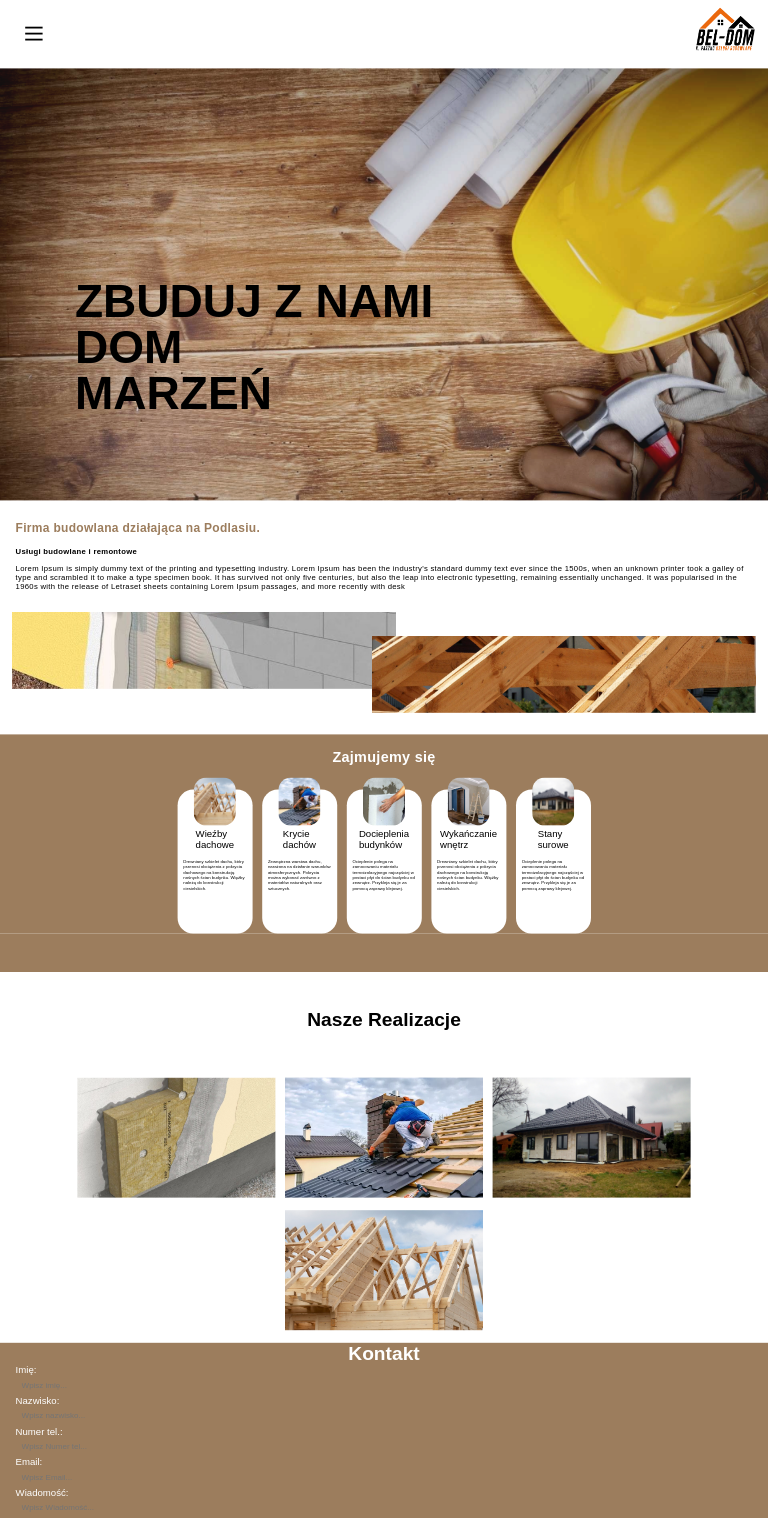
Repository: JakubPaszko2001/bel
Page: index.html
These files come from the project's save history. The page is drawn as it stood at one moment and after a run of saves; the edit follows.
The browser window is 1280 px wide. The pictures show the whole page, at 60% of full size.
Some web fonts or font styles are not loaded; a fallback is used.

Above is the page before, as saved 2022-03-05 17:09:02.

### index.html
<!DOCTYPE html>
<html lang="pl-PL">
<head>
    <meta charset="UTF-8">
    <meta http-equiv="X-UA-Compatible" content="IE=edge">
    <meta name="viewport" content="width=device-width, initial-scale=1.0">
    <title>BEL-DOM</title>
    <link rel="preconnect" href="https://fonts.googleapis.com">
    <link rel="preconnect" href="https://fonts.gstatic.com" crossorigin>
    <link href="https://fonts.googleapis.com/css2?family=Prompt:wght@300;400;700&display=swap" rel="stylesheet">
    <link rel="stylesheet" href="style.css">
    <link rel="stylesheet" href="lightbox.min.css">
    <script src="./js/lightbox-plus-jquery.min.js"></script>
</head>
<body>
<!-- HEADER -->
<header>
    <div class="container">
        <!-- SPAN -->
        <button class="hamburger">
            <span class="hamburger--menu">
                <span class="hamburger__inner"></span>
            </span>
        </button>
        <!-- LOGO -->
        <div class="header__logo">
            <img class="logo__pic" src="./images/logo.png" alt="logo">
        </div>
    </div>
</header>
<!-- MAIN -->
<main>
    <!-- NAV -->
    <div class="navigation">
        <ul class="navigation--list">
            <li class="navigation__item"><a href="#">jeden</a></li>
            <li class="navigation__item"><a href="#">dwa</a></li>
            <li class="navigation__item"><a href="#">trzy</a></li>
            <li class="navigation__item"><a href="#">cztery</a></li>
        </ul>
    </div>
    <!-- MAIN CONTAINER -->
    <div class="main--container">
        <div class="background__pic">
            <img src="./images/tlo1.png" alt="background">
        </div>
    <!-- TEXT ON IMG -->
        <h1 class="text">ZBUDUJ Z NAMI <br>DOM <br> MARZEŃ</h1>
    </div>
    <!-- TEXT -->
    <div class="main--text">
        <h1 class="main__text-h1">Firma budowlana działająca na Podlasiu.</h1>
        <h3 class="main__text-h3">Usługi budowlane i remontowe</h3>
        <h4 class="main__text-h4">Lorem Ipsum is simply dummy text of the printing and typesetting industry. Lorem Ipsum has been the industry's standard dummy text ever since the 1500s, when an unknown printer took a galley of type and scrambled it to make a type specimen book. It has survived not only five centuries, but also the leap into electronic typesetting, remaining essentially unchanged. It was popularised in the 1960s with the release of Letraset sheets containing Lorem Ipsum passages, and more recently with desk</h4>
    </div>
    <!-- PHOTOS -->
    <div class="main--photos">
        <img class="photo photo1" src="./images/docieplenie1.png" alt="photo2">
        <img class="photo photo2" src="./images/wiezby.png" alt="photo1">
    </div>
    <!-- CARDS -->
    <div class="cards--container">
        <h2 class="text-h2">Zajmujemy się</h2>
        <div class="cards--container__main">
            <div class="card">
                <div class="card-img">
                    <img class="card-img_style" src="./images/wiezby2.png" alt="wiezby">
                </div>
                <div class="card-title">
                    <div class="h1-title">Wieźby<br>dachowe</div>
                </div>
                <div class="card-text">
                    <div class="h1-text">Drewniany szkielet dachu, który przenosi obciążenia z pokrycia dachowego na konstrukcję nośnych ścian budynku. Więźby należą do konstrukcji ciesielskich.</div>
                </div>
            </div>
            <div class="card">
                <div class="card-img">
                    <img class="card-img_style" src="./images/krycie.png" alt="wiezby">
                </div>
                <div class="card-title">
                    <div class="h1-title">Krycie<br>dachów</div>
                </div>
                <div class="card-text">
                    <div class="h1-text">Zewnętrzna warstwa dachu, narażona na działanie warunków atmosferycznych. Pokrycia można wykonać zarówno z materiałów naturalnych oraz sztucznych.</div>
                </div>
            </div>
            <div class="card">
                <div class="card-img">
                    <img class="card-img_style" src="./images/docieplenie2.png" alt="wiezby">
                </div>
                <div class="card-title">
                    <div class="h1-title">Docieplenia<br>budynków</div>
                </div>
                <div class="card-text">
                    <div class="h1-text">Ocieplenie polega na zamocowaniu materiału termoizolacyjnego najczęściej w postaci płyt do ścian budynku od zewnątrz. Przykleja się je za pomocą zaprawy klejowej.</div>
                </div>
            </div>
            <div class="card">
                <div class="card-img">
                    <img class="card-img_style" src="./images/wnetrza.png" alt="wiezby">
                </div>
                <div class="card-title">
                    <div class="h1-title">Wykańczanie<br>wnętrz</div>
                </div>
                <div class="card-text">
                    <div class="h1-text">Drewniany szkielet dachu, który przenosi obciążenia z pokrycia dachowego na konstrukcję nośnych ścian budynku. Więźby należą do konstrukcji ciesielskich.</div>
                </div>
            </div>
            <div class="card">
                <div class="card-img">
                    <img class="card-img_style" src="./images/surowe.png" alt="wiezby">
                </div>
                <div class="card-title">
                    <div class="h1-title">Stany<br>surowe</div>
                </div>
                <div class="card-text">
                    <div class="h1-text">Ocieplenie polega na zamocowaniu materiału termoizolacyjnego najczęściej w postaci płyt do ścian budynku od zewnątrz. Przykleja się je za pomocą zaprawy klejowej.</div>
                </div>
            </div>
        </div>
    </div>
    <div class="brown"></div>
    <div class="realisation-text">
        <h1 class="realisation-h1">Nasze Realizacje</h1>
    </div>
    <div class="gallery">
        <a href="./images/docieplenie.png" data-lightbox="mygallery"><img class="gallery-img" src="./images/nazwa.png"></a>
        <a href="./images/krycie.png" data-lightbox="mygallery"><img class="gallery-img" src="./images/krycie.png"></a>
        <a href="./images/surowe.png" data-lightbox="mygallery"><img class="gallery-img" src="./images/surowe.png"></a>
        <a href="./images/wiezby2.png" data-lightbox="mygallery"><img class="gallery-img" src="./images/wiezby2.png"></a>
    </div>
    <div class="contact">
        <div class="contact-title">
            <h1>Kontakt</h1>
        </div>
        <div class="contact-text">
            <p class="contact-text-title">Imię:</p><br>
            <input placeholder="Wpisz imię..."></input>
            <p class="contact-text-title">Nazwisko:</p><br>
            <input placeholder="Wpisz nazwisko..."></input>
            <p class="contact-text-title">Numer tel.:</p><br>
            <input placeholder="Wpisz Numer tel..."></input>
            <p class="contact-text-title">Email:</p><br>
            <input placeholder="Wpisz Email..."></input>
            <p class="contact-text-title">Wiadomość:</p><br>
            <input placeholder="Wpisz Wiadomość..."></input>
        </div>
    </div>
</main>
<!-- JS -->
<script src="./js/script.js" type="text/javascript"></script>
</body>
</html>

### style.css
:root {
    /* WEIGHT */
    --ww-bold: 700;
    --ww-normal: 400;
    --ww-small: 300;
    /* COLORS */
    --color-orange: #EB680D;
    --color-white: #ffffff;
    --color-black: #000000;
    --color-brown: #9c7d5d;
    /* SPACING */
    --margin: 1.25em;
    --margin-left: 1.625em;
    /* FONT SIZE */
    --fs-12: 1.25em;
    --fs-10: 0.8em;

}
* {
    margin: 0;
    padding: 0;
    box-sizing: border-box;
    font-family: 'Prompt', sans-serif;
    /* font-family: Arial, Helvetica, sans-serif; */
}
img {
    width: 100%;
    object-fit: cover;
}
.logo__pic {
    width: 6.875em;
    height: 6.875em;
}
.container {
    display: flex;
    margin: 0 var(--margin);
    justify-content: space-between;
    align-items: center;
}
.hamburger {
    padding: var(--margin-left);
    display: inline-block;
    cursor: pointer;
    background: transparent;
    border: 0;
    margin: 0;
}
.hamburger--menu  {
    width: 2.1875em;
    height: var(--margin);
    display: inline-block;
    position: relative;
}
.hamburger__inner {
    z-index: 999;
    width: 100%;
    height: 3px;
    background-color: black;
    position: absolute;
    left: 0;
    top: 50%;
    transform: translateY(-50%);
    transition: background-color 0.1s 0.2s ease-in-out;
}
.hamburger__inner::before,
.hamburger__inner::after {
    content: '';
    width: 100%;
    height: 3px;
    background-color: var(--color-black);
    position: absolute;
    left: 0;
    transition: transform 0.2s 0.2s ease-in-out;

}
.hamburger__inner::before {
    /* transform: translateY(-10px); */
    top: -10px;
}
.hamburger__inner::after {
    /* transform: translateY(10px); */
    top: 10px;
}
.hamburger--active .hamburger__inner {
    background-color: transparent;
}
.hamburger--active .hamburger__inner::before {
    transform: translateY(10px) rotate(45deg);
    background-color: var(--color-orange);
}
.hamburger--active .hamburger__inner::after {
    transform: translateY(-10px) rotate(-45deg);
    background-color: var(--color-orange);
}
.navigation {
    position: absolute;
    top: 0;
    left: 0;
    width: 10.9375em;
    height: 100vh;
    background-color: var(--color-black);
    display: flex;
    flex-direction: column;
    align-items: center;
    transform: translateX(-200px);
    transition: transform 0.3s 0.1s ease-in-out;
    z-index: 100;
}
.navigation--active {
    transform: translateX(0px);
}
.navigation--list {
    list-style: none;
}
.navigation__item {
    margin-bottom: 2.5em;
}
li:first-child {
    margin-top: 9.375em;
}
a {
    text-decoration: none;
    color: var(--color-orange);
    font-size: var(--margin);
}
.main--container {
    position: relative;
    z-index: 1;
}
.text {
    position: absolute;
    bottom: 20%;
    margin-left: var(--margin-left);
    line-height: 1em;
    font-size: 6vw;
    font-weight: var(--ww-bold);
}
.main--text {
    letter-spacing: 0.5px;
    margin: 0 var(--margin-left);
}
.main__text-h1 {
    margin-top: 1.5em;
    margin-bottom: 1.0em;
    font-size: var(--fs-12);
    font-weight: var(--ww-bold);
    color: var(--color-brown);

}
.main__text-h3 {
    font-size: var(--fs-10);
    font-weight: var(--ww-bold);
    margin-bottom: 1em;
}
.main__text-h4 {
    font-size: var(--fs-10);
    font-weight: var(--ww-normal);
}
.main--photos {
    display: flex;
    justify-content: center;
    align-items: center;
    position: relative;
    width: 100%;
    /* border: violet solid; */
    height: 15em;
}
.photo {
    width: 100%;
    height: 8em;
}
.photo1 {
    transform: translate(20px,-20px);
}
.photo2 {
    transform: translate(-20px,20px);
}
.cards--container {
    background: var(--color-brown);
    /* height: 100vh; */
}

.text-h2 {
    padding-top: 1em;
    color: var(--color-white);
    text-align: center;
    letter-spacing: 0.5px;
    padding-bottom: 1.25em;
    /* border: violet solid; */
}
.cards--container__main {
    display: flex;
    flex-wrap: wrap;
    width: 100%;
    justify-content: center;
    align-items: center;
    gap: 1em;
}
.card {
    display: flex;
    flex-direction: column;
    position: relative;
    height: 15em;
    width: 7.8125em;
    /* height: 300px;
    width: 175px; */
    background-color: var(--color-white);
    border-radius: 1.625em;
    margin-top: 0.625em;
}
.card-img {
    display: flex;
    height: 3.75em;
    justify-content: center;
    /* border: black solid; */

}
.card-img_style {
    width: 4.375em;
    height: 5em;
    border-radius: 1.3125em;
    position: absolute;
    top: -20px;
}
.card-title {
    height: 3.125em;
    width: 100%;
    margin-top: 5px;
    /* border: yellow solid; */
}
.h1-title {
    display: flex;
    justify-content: center;
    align-items: center;
    font-weight: var(--ww-normal);
}
.card-text {
    width: 100%;
    height: 100px;
    display: flex;
    flex-wrap: nowrap;
    /* border: green solid; */
}
.h1-text {
    font-size: 0.45em;
    font-weight: var(--ww-normal);
    padding: 0px 10px 10px 10px;
}
.brown {
    display: flex;
    width: 100%;
    height: 4em;
    background-color: var(--color-brown);
}
.realisation-text {
    display: flex;
    justify-content: center;
    align-items: center;
    height: 10em;
}
.gallery {
    display: flex;
    justify-content: center;
    align-items: center;
    flex-wrap: wrap;
    gap: 1em;
    padding: 1em 1em;
}
.gallery-img {
    width: 330px;
    height: 200px;
}
.contact {
    background-color: var(--color-brown);
    display: flex;
    flex-direction: column;
    color: var(--color-white);
}
.contact-title {
    display: flex;
    justify-content: center;
    align-items: center;
}
.contact-text {
    margin-left: var(--margin-left);
    margin-right: var(--margin-left);
}
.contact-text-title {
    margin-bottom: -20px;
}
input {
    width: 100%;
    padding: 10px;
    background:none;
    outline:none;
    border:0
}

### js/script.js
const hamburger = document.querySelector('.hamburger');
const Click = () => {
    hamburger.classList.toggle('hamburger--active');
}
hamburger.addEventListener('click',Click);

Loaded but not shown: lightbox.min.css (common file); js/lightbox-plus-jquery.min.js (library)

After the next 2 saves:
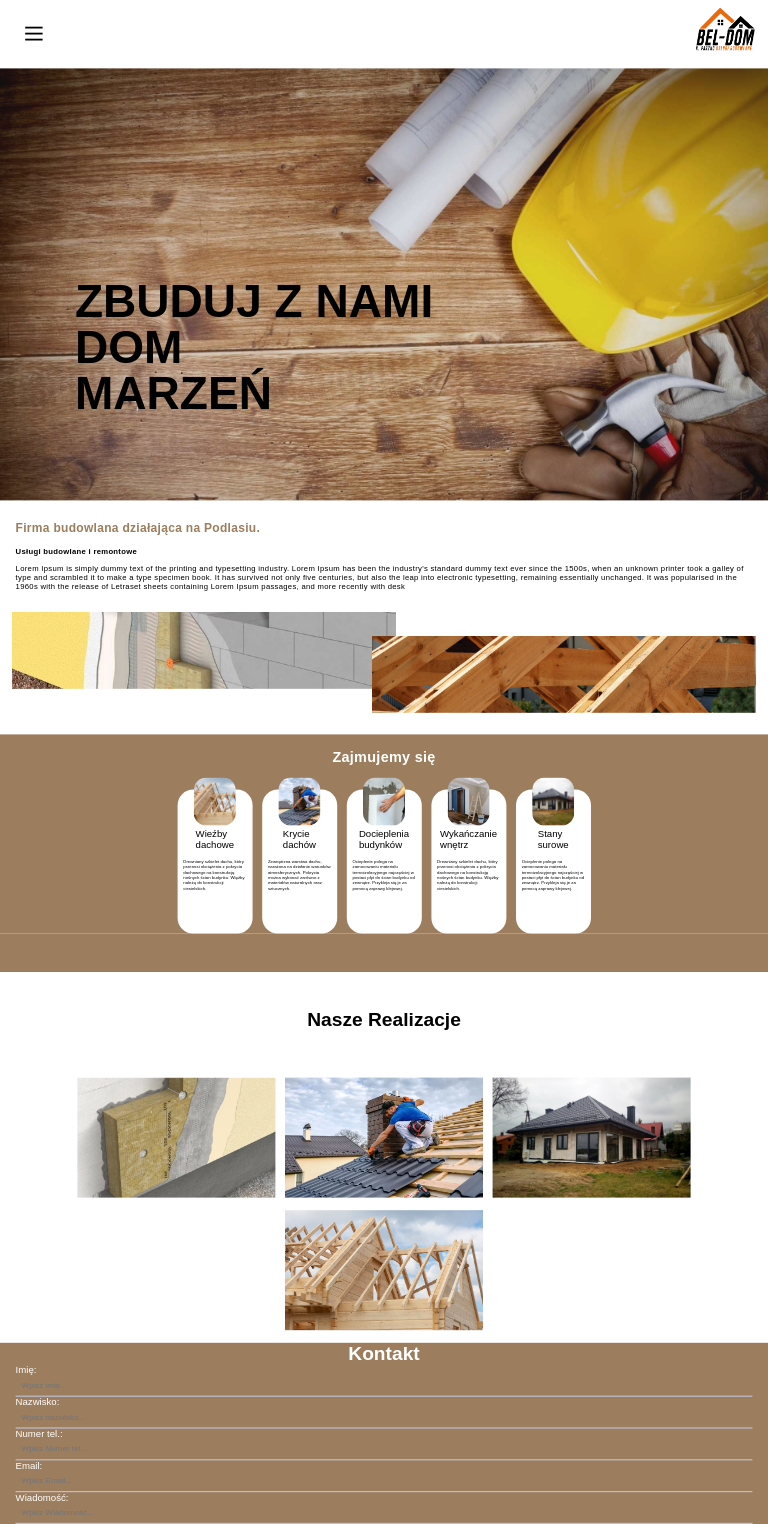
The 2 saves are shown as one change because they came seconds apart.
The last was saved 11 s later.
--- a/style.css
+++ b/style.css
@@ -293,5 +293,6 @@
     padding: 10px;
     background:none;
     outline:none;
-    border:0
-}
+    border:0;
+    border-bottom:2px solid #bebed2;
+}
